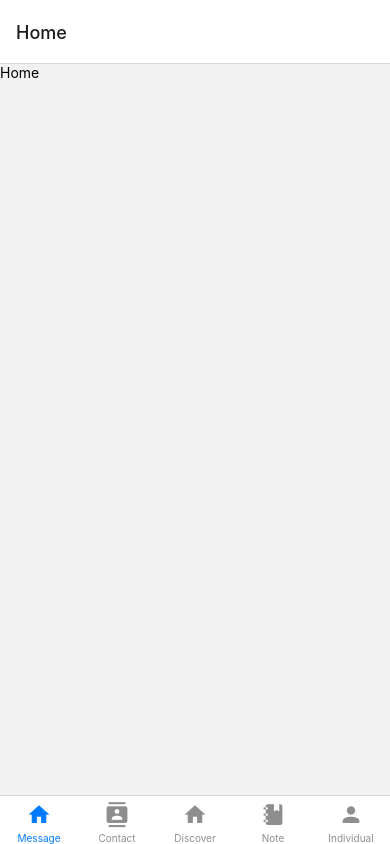
Repository: dinhtq-47/react-native
Screen: /
An editor plug-in stored every save of this project. The screen is shown before and after the next save, followed by the edit.
The app was drawn by React Native's web renderer in a window 390 px wide. The project was rebuilt for these pictures with package versions that can differ from the ones it lists, and the page was loaded fresh each time. Also part of the build but not shown: screens/Contact.js, screens/Discover.js, screens/Note.js, screens/Individual.js.

Above is the screen before, as saved 2022-02-16 18:04:09.

After the next save:
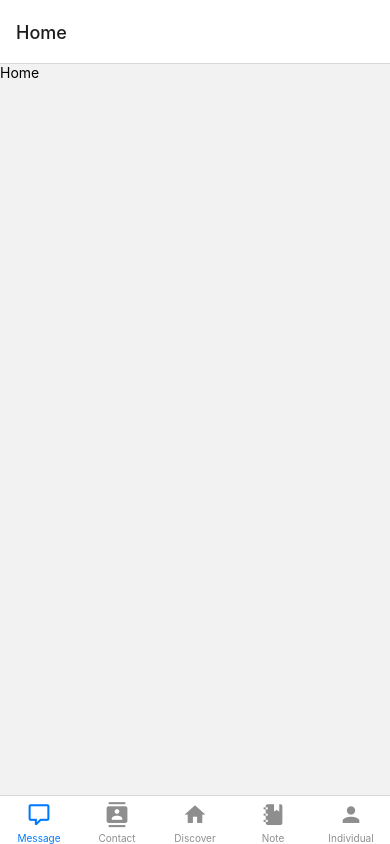
Saved 109 s later.
--- a/navigations/Home.js
+++ b/navigations/Home.js
@@ -16,7 +16,7 @@ const HomeTab = () => {
         options={{
           tabBarLabel: "Message",
           tabBarIcon: ({ color, size }) => (
-            <Icon name="home" color={color} size={size} />
+            <Icon name="comment-outline" color={color} size={size} />
           ),
         }}
       />
